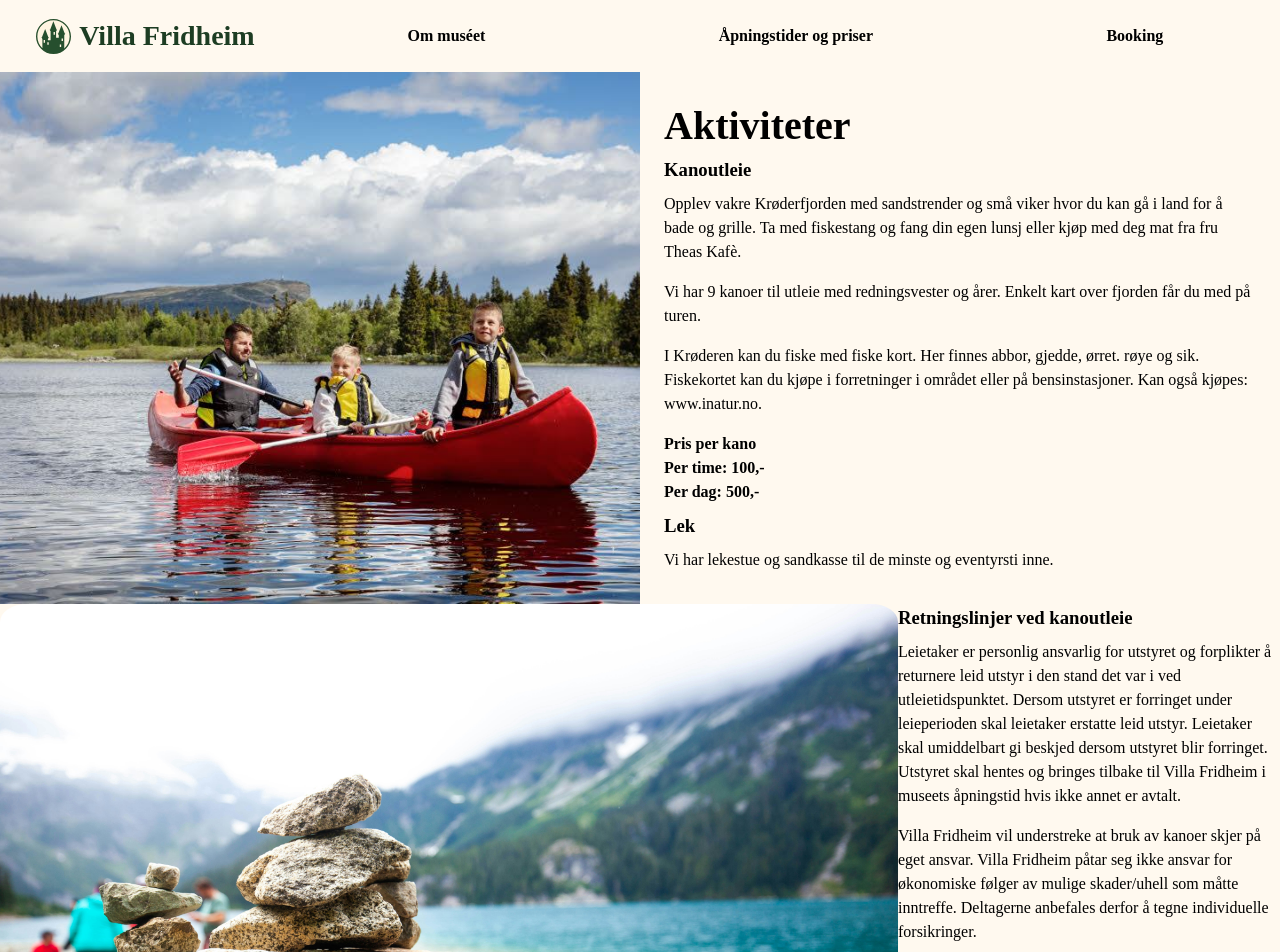
Repository: IdaHolmen/villa-fridheim
Page: src/activities.html
An editor plug-in stored every save of this project. The page is shown before and after the next save, followed by the edit.
The browser window is 1280 px wide. The pictures show the part of the page from y = 0 to 952 px (the page is 2059 px tall before and 2011 px after).
A picture or video elsewhere on the page could not be fetched, so the positions and the page height are approximate. Some web fonts or font styles are not loaded; a fallback is used.

Above is the page before, as saved 2024-10-15 14:38:32.

After the next save:
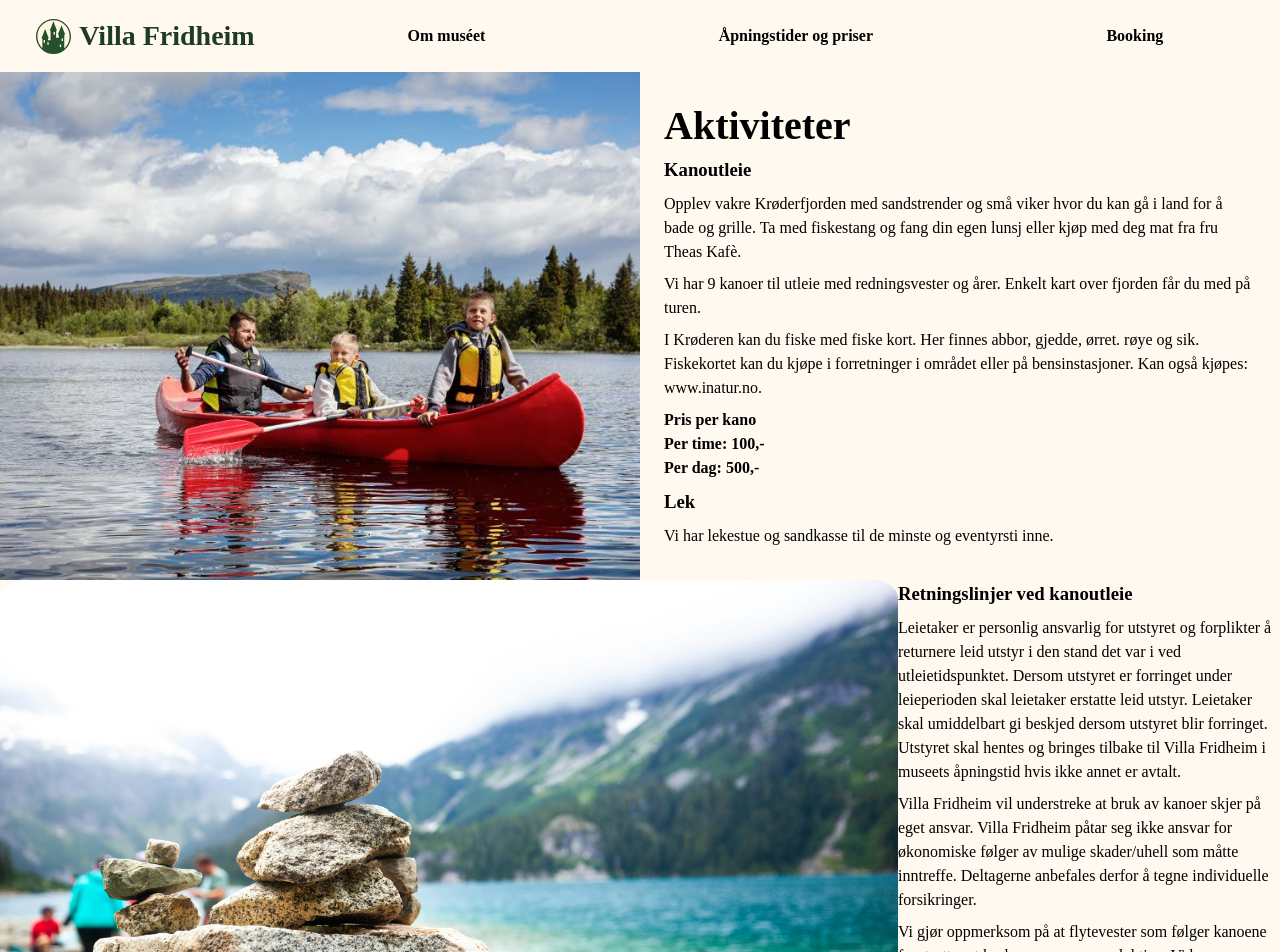
Saved 22 s later.
--- a/css/style.css
+++ b/css/style.css
@@ -280,11 +280,11 @@
     flex-direction: row;
 }
 
-.activities,
+/* .activities,
 .experiences {
     display: flex;
     flex-direction: column;
-}
+} */
 
 .activities > p,
 .experiences > p {
